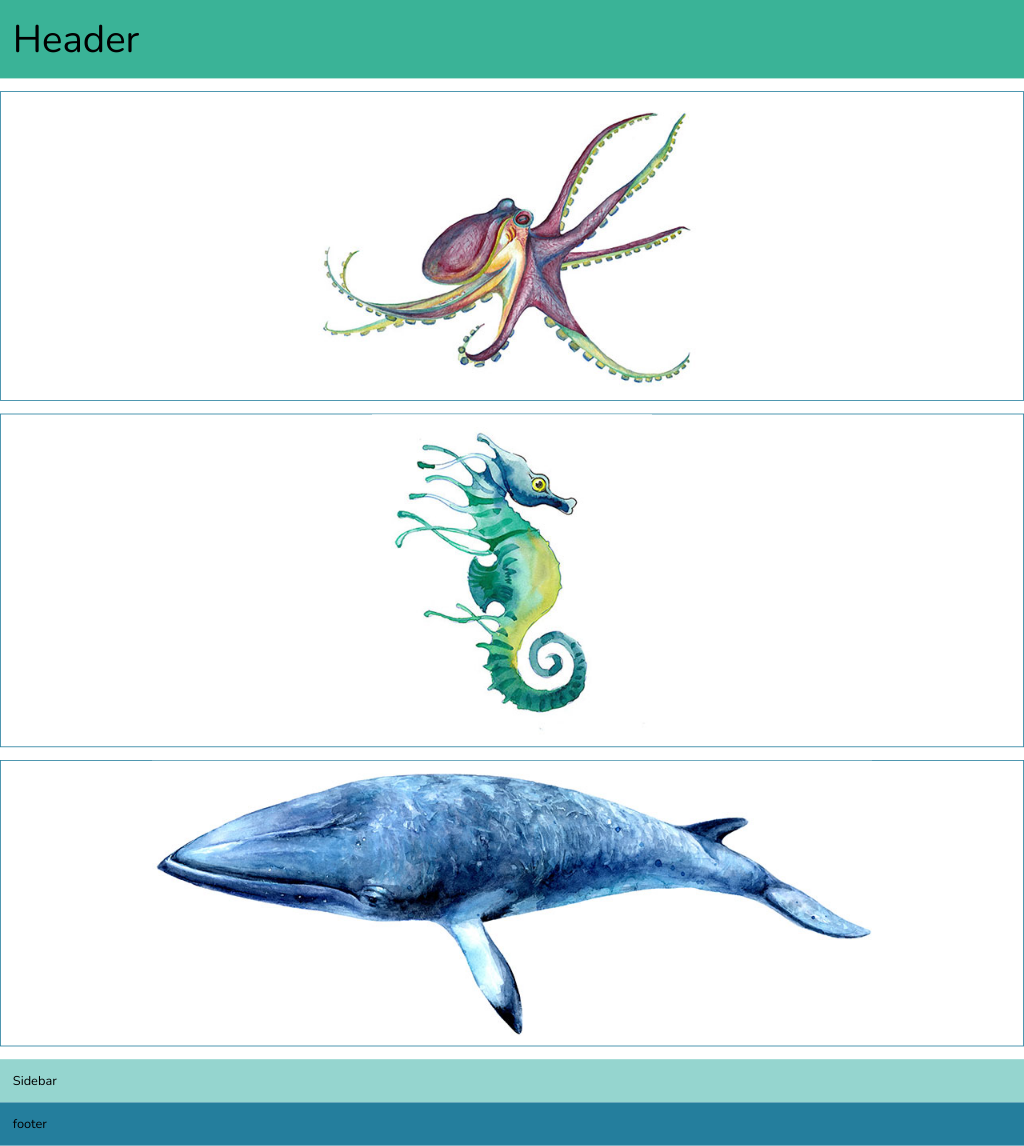
Repository: mariocapitbrok/css-combining-grid-and-flexbox-0207
Page: index.html
These files come from the project's save history. The page is drawn as it stood at one moment and after the next save; the edit follows.
The browser window is 1280 px wide. The pictures show the whole page, at 80% of full size.

Above is the page before, as saved 2022-10-07 09:17:55.

After the next save:
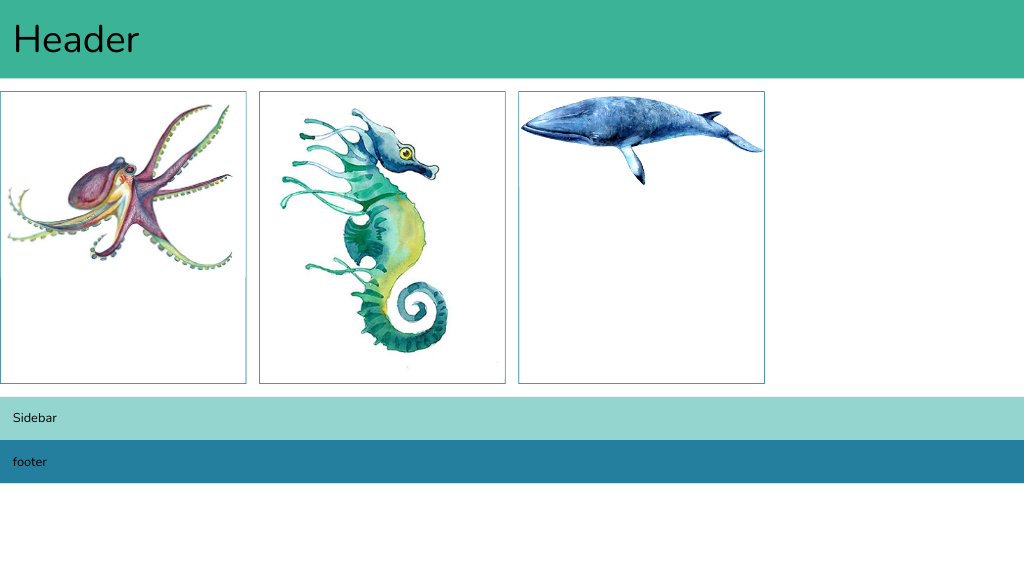
Saved 15 s later.
--- a/styles/base.css
+++ b/styles/base.css
@@ -31,7 +31,7 @@ main {
     margin: 1em 0;
     grid-area: main;
     display: grid;
-    grid-template-columns: repeat(auto-fll, minmax(300px, 1fr));
+    grid-template-columns: repeat(auto-fill, minmax(300px, 1fr));
     grid-gap: 1em;
 }
 
